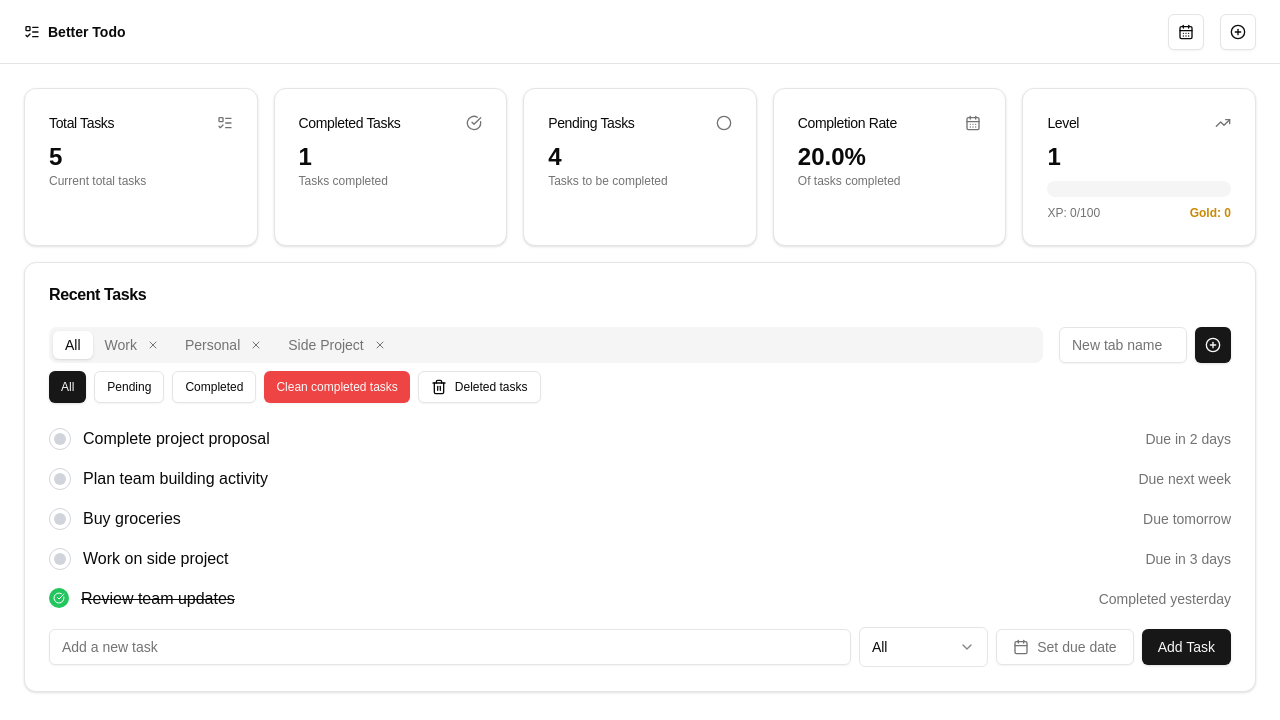
Repository: malikbarbier7/better-todo
Page: /dashboard
An editor plug-in stored every save of this project. The page is shown before and after the next save, followed by the edit.
The browser window is 1280 px wide. The pictures show the whole page.
The project was rebuilt for these pictures with package versions that can differ from the ones it lists, and the page was loaded fresh each time. The framework's server and built-in components were replaced by stand-ins that run in the browser. Also part of the build but not shown: next.config.js, next.config.mjs, components/ui/calendar.tsx.

Above is the page before, as saved 2024-10-04 13:23:23.

After the next save:
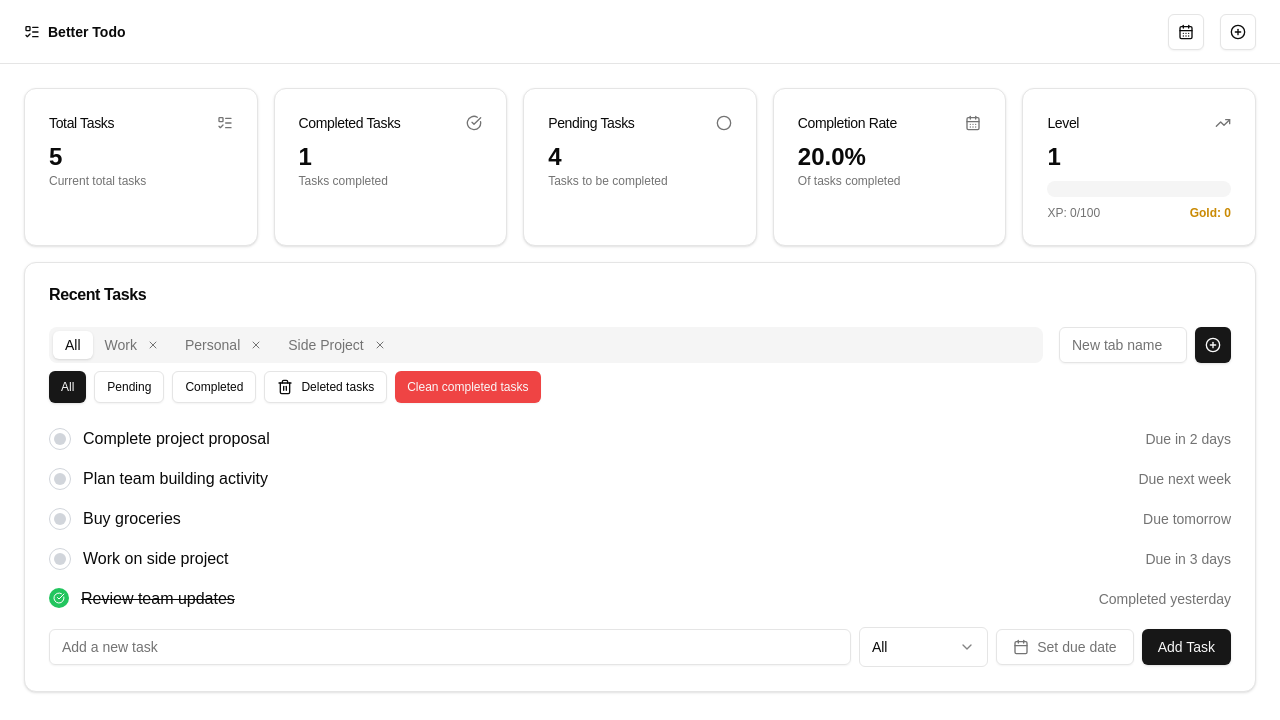
Saved 67 s later.
--- a/components/dashboard.tsx
+++ b/components/dashboard.tsx
@@ -359,18 +359,18 @@ export function Dashboard() {
                       </Button>
                       <Button
                         size="sm"
-                        variant="destructive"
-                        onClick={handleCleanCompletedTasks}
-                      >
-                        Clean completed tasks
-                      </Button>
-                      <Button
-                        size="sm"
                         variant={taskFilter === 'deleted' ? 'default' : 'outline'}
                         onClick={() => setTaskFilter('deleted')}
                       >
                         <Trash2 className="w-4 h-4 mr-2" />
                         Deleted tasks
+                      </Button>
+                      <Button
+                        size="sm"
+                        variant="destructive"
+                        onClick={handleCleanCompletedTasks}
+                      >
+                        Clean completed tasks
                       </Button>
                     </div>
                   </div>
